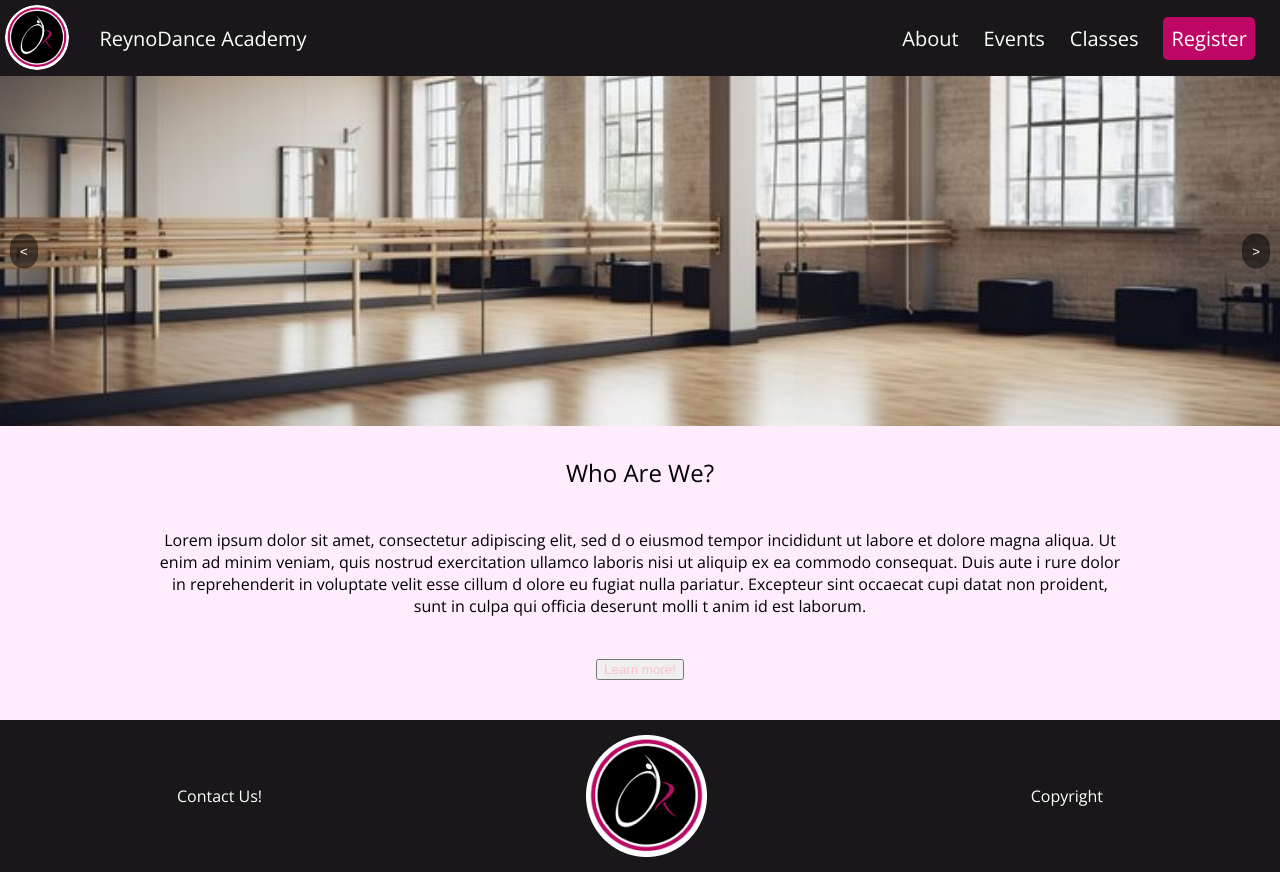
Repository: andreaelpz/reynodance-academy
Page: /
The author's editor kept a copy of each file at every save. The page is drawn from the files as they stood at one save, then again after the next save.
The browser window is 1280 px wide. The pictures show the whole page.
The project was rebuilt for these pictures with package versions that can differ from the ones it lists, and the page was loaded fresh each time. Also part of the build but not shown: angular.json, src/app/about/about.component.ts, src/app/classes/classes.component.ts, src/app/events/events.component.ts, src/app/user/sign-in/sign-in.component.ts, src/app/dashboard/dashboard.component.ts, src/app/user/register/register.component.ts, src/app/login/login.component.ts.

Above is the page before, as saved 2024-11-19 23:05:29.

After the next save:
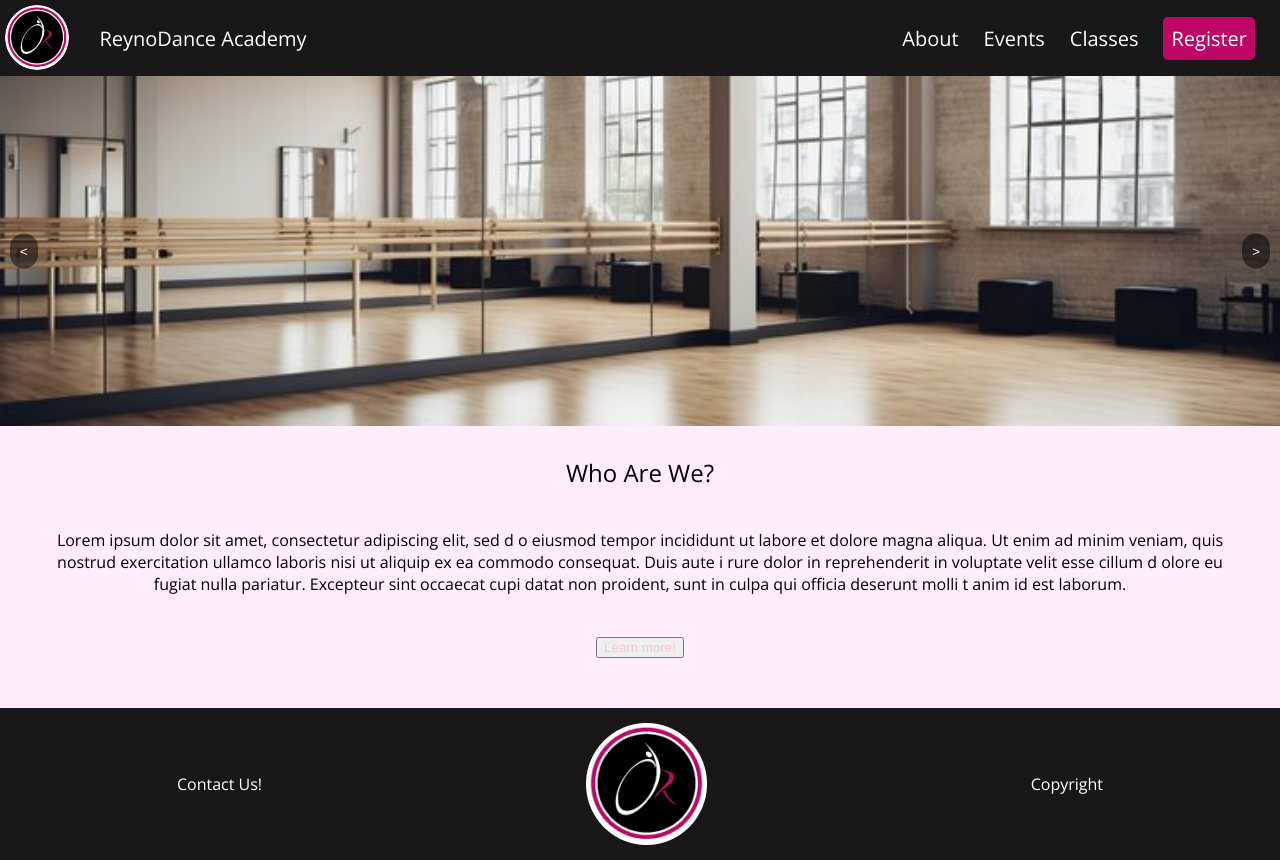
Saved 17 s later.
--- a/src/app/home/home.component.css
+++ b/src/app/home/home.component.css
@@ -44,10 +44,7 @@ img {
   flex-direction: column;
   justify-content: center;
   align-items: center;
-  margin-left: 12%;
-  margin-right: 12%;
-  margin-top: 30px;
-  margin-bottom: 40px;
+  padding: 30px 50px 50px 50px;
 }
 
 .title{
